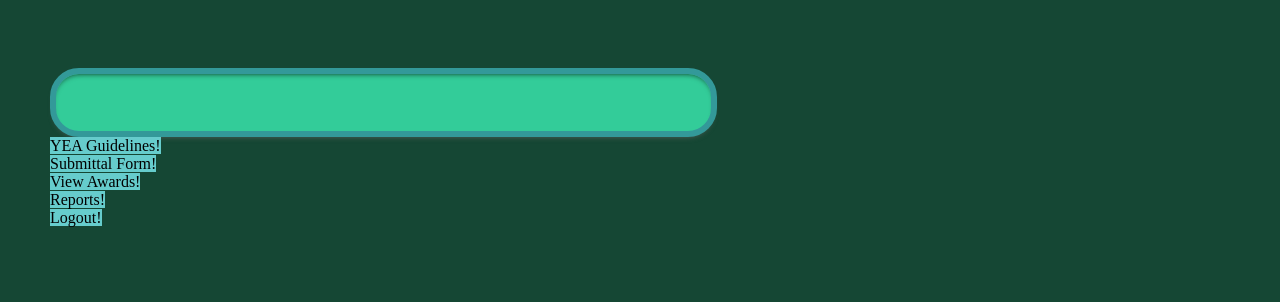
Repository: prajaktamore/Web-Based-Programming-3
Page: http://localhost/BinaryCalculator/entranceManager.jsp
These files come from the project's save history. The page is drawn as it stood at one moment and after the next save; the edit follows.
The browser window is 1280 px wide. The pictures show the whole page.
The page is served by Tomcat 9. Other server files are loaded and not shown.

Above is the page before, as saved 2014-05-04 10:59:09.

### BinaryCalculator/WebContent/entranceManager.jsp
<%@ page language="java" contentType="text/html; charset=ISO-8859-1"
    pageEncoding="ISO-8859-1"%>
<!DOCTYPE html PUBLIC "-//W3C//DTD HTML 4.01 Transitional//EN" "http://www.w3.org/TR/html4/loose.dtd">
<html>
<head>
<meta http-equiv="Content-Type" content="text/html; charset=ISO-8859-1">
<title>Welcome Manager</title>
<link href="more.css" rel="stylesheet" type="text/css" />

</head>
<body>
<br><input type="text" readonly="readonly" value="${sessionScope.username}" style ="background: #33CC99; height:55px; width: 600px;text-align:right;font-size:35px; border-radius: 2em; border:6px solid #339999;border-radius:29px; color: #fff; padding-left: 1.5em; outline: none; box-shadow: 0 4px 6px -5px hsl(0, 0%, 40%), inset 0px 4px 6px -5px hsl(0, 0%, 2%)" >
<br><a href="/BinaryCalculator/yeaGuidelines.jsp">YEA Guidelines!</a>
<br><a href="/BinaryCalculator/submittal.jsp">Submittal Form!</a>
<br><a href="/BinaryCalculator/viewAwards.jsp">View Awards!</a>
<br><a href="/BinaryCalculator/Reports.jsp">Reports!</a>
<br><a href="/BinaryCalculator/Login.jsp">Logout!</a>
</body>
</html>

### BinaryCalculator/WebContent/more.css
/*
    author : Prajakta More
    date created : 11 Feb 2014
	Version:  1
    copyright information : Binghamton University
*/

/*Defines style for body tag all fields declared in body tag will follow below style for margins and background*/
body
{
margin-top:50px;
margin-left:50px;
margin-right:50px;
margin-bottom:50px;
background:#154734;
}



input#submit {
    padding: 4px 40px;
    /*give the background a gradient*/
    background:#ffae00; /*fallback for browsers that don't support gradients*/
    background: -webkit-linear-gradient(top, #ffae00, #d67600);
    background: -moz-linear-gradient(top, #ffae00, #d67600);
    background: -o-linear-gradient(top, #ffae00, #d67600);
    background: linear-gradient(top, #ffae00, #d67600);
    border:2px outset #dad9d8;
    /*style the text*/
    font-family:Andika, Arial, sans-serif;
    font-size:1.1em;
    letter-spacing:0.05em;
    text-transform:uppercase;
    color:#fff;
    text-shadow: 0px 1px 10px #000;
    /*add to small curve to the corners of the button*/
    -webkit-border-radius: 15px;
    -moz-border-radius: 15px;
    border-radius: 15px;
    /*give the button a drop shadow*/
    -webkit-box-shadow: rgba(0, 0, 0, .55) 0 1px 6px;
    -moz-box-shadow: rgba(0, 0, 0, .55) 0 1px 6px;
    box-shadow: rgba(0, 0, 0, .55) 0 1px 6px;
    }
    /****NOW STYLE THE BUTTON'S HOVER STATE***/
    input#submit:hover, input#submit:focus {
    border:2px solid #dad9d8;
    }



/*Defines style for table tag all fields declared in table tag will follow below style for border*/
table
{
border: 0px solid #154734;
content-type:text/plain;
charset=iso-8859-1 ;
}
/*Defines style for table data tag all fields declared in table data tag will follow below style for border and text color */
td
{
border: 0px solid #154734;
color:white;
}
/*Defines style for paragraph tag  with class type defined as ex2 all fields declared in paragraph tag will follow below style for font, color, text align*/
p.ex2
{
font:30px arial,sans-serif,centre;
color:#ffffff;
text-align:center;
}
/*Defines style for paragraph tag  with class type defined as ex1 all fields declared in paragraph tag will follow below style for font, color, text align*/
p.ex1
{
font:18px arial,sans-serif,centre;
color:#ffffff;
text-align:center;
}
/*Defines style for img tag all with class name as ex3 fields declared in img tag will
follow below style for margins, background, padding, border, background -color, height, width, float, text- align*/
img.ex3
{
  margin: 5px;
  padding: 5px;
  background-color: #ffffff;
  border: 3px solid #ffffff;
  height: 375px;
  width: 250px;
  float: left;
  text-align: left;
}
/*Defines style for a href tag and its properties for different states as link, visited, hover, active*/
a:link {text-decoration:none;
background-color:#66CCCC;
color:#000000;
}
a:visited {text-decoration:none;
background-color:#9999CC;
color:#660033;
}
a:hover {text-decoration:underline;
background-color:#CC99CC;
color:#000033;
}
a:active {text-decoration:underline;
background-color:#FF99CC;
color:#330000;
}

After the next save:
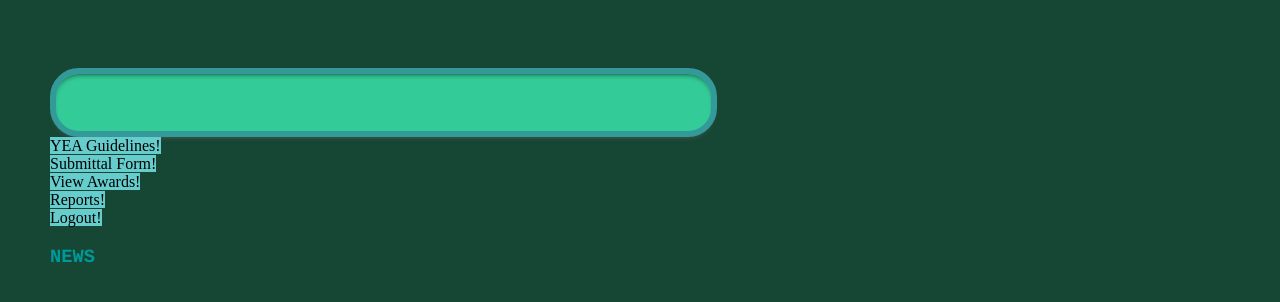
Saved 111 s later.
--- a/BinaryCalculator/WebContent/entranceManager.jsp
+++ b/BinaryCalculator/WebContent/entranceManager.jsp
@@ -15,5 +15,14 @@
 <br><a href="/BinaryCalculator/viewAwards.jsp">View Awards!</a>
 <br><a href="/BinaryCalculator/Reports.jsp">Reports!</a>
 <br><a href="/BinaryCalculator/Login.jsp">Logout!</a>
+<br>
+<h3><FONT FACE="courier" COLOR=#009999>NEWS </FONT></h3>
+<FONT SIZE="6" FACE="courier" COLOR=#009999>
+<marquee behavior="scroll" direction="left">
+	<core:forEach items="${sessionScope.news}" var="dt" varStatus="status">
+					            <br><option value="${dt}">${dt}</option>
+	</core:forEach>
+</marquee>
+</FONT>
 </body>
 </html>
